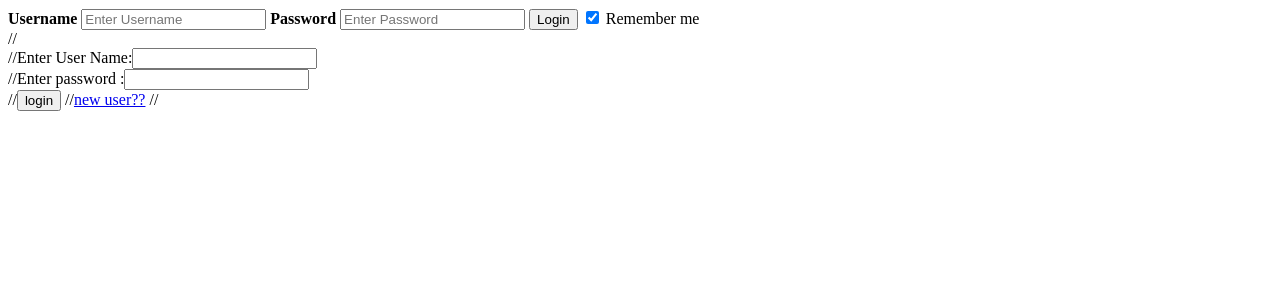
Repository: mugdha97/JSPServlet
Page: http://localhost/com.bridgelabz.loginRegister/login.jsp
These files come from the project's save history. The page is drawn as it stood at one moment and after the next save; the edit follows.
The browser window is 1280 px wide. The pictures show the whole page.
The page is served by Tomcat 9.

Above is the page before, as saved 2019-10-19 04:38:32.

After the next save:
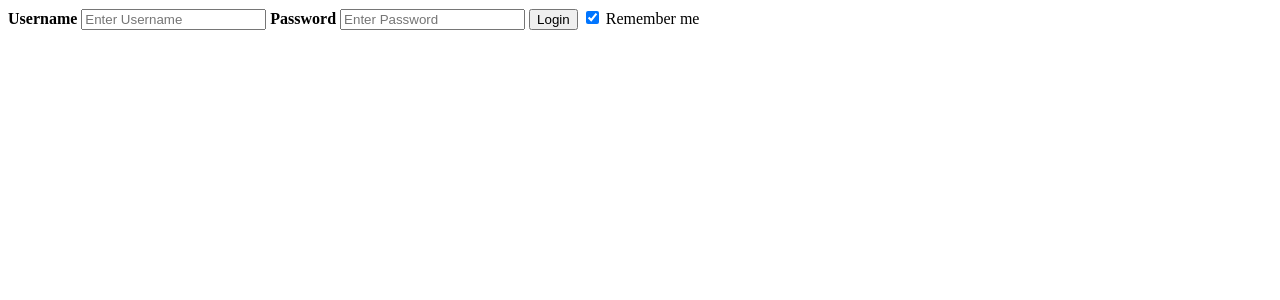
Saved 60 s later.
--- a/com.bridgelabz.loginRegister/WebContent/login.jsp
+++ b/com.bridgelabz.loginRegister/WebContent/login.jsp
@@ -19,12 +19,12 @@
         <input type="checkbox" checked="checked" name="remember"> Remember me
       </label>
     </div>
-//<form action="login" method="post">
-//Enter User Name:<input type="text" name="uname"><br>
-//Enter password :<input type="password" name="password"><br>
-//<input type="submit" value="login">
-//<a href="Registration.jsp">new user??</a>
-//</form>
+<!-- /<form action="login" method="post"> -->
+<!-- //Enter User Name:<input type="text" name="uname"><br> -->
+<!-- //Enter password :<input type="password" name="password"><br> -->
+<!-- //<input type="submit" value="login"> -->
+<!-- //<a href="Registration.jsp">new user??</a> -->
+<!-- //</form> -->
 <form >
 
 
